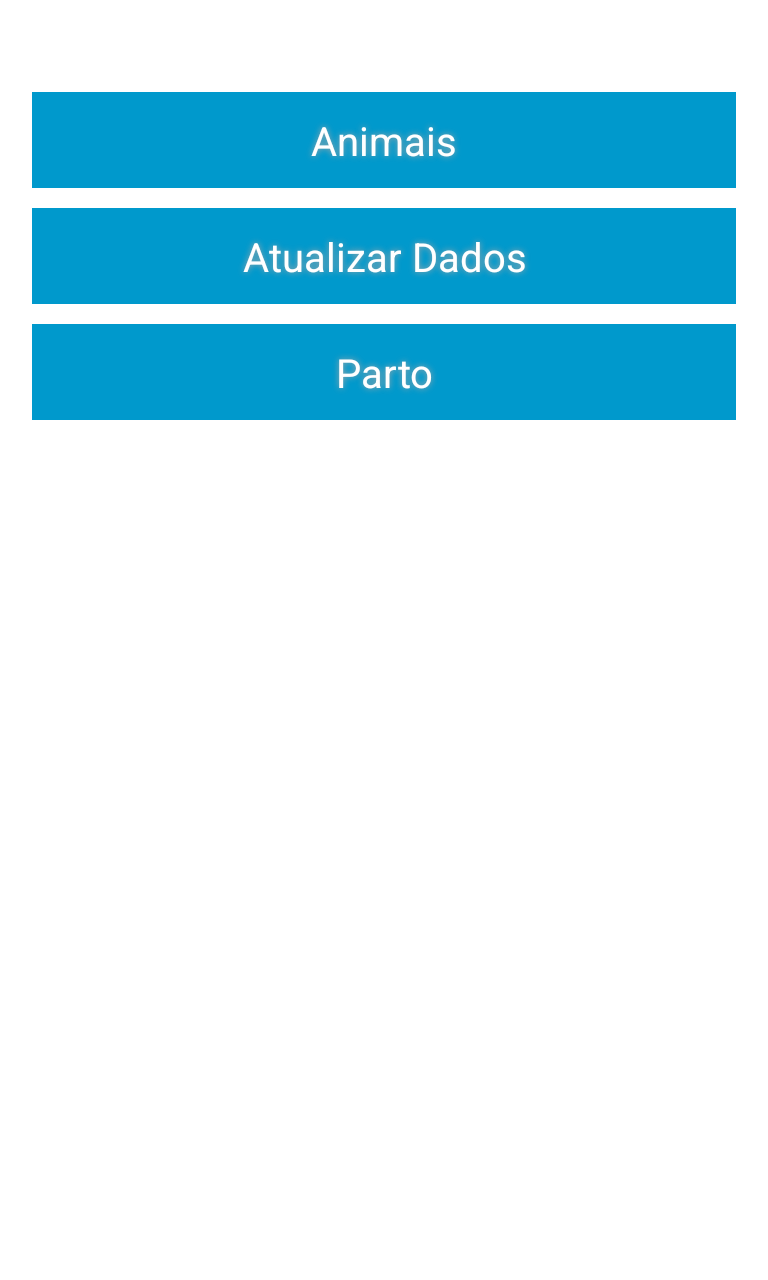
Repository: vpamaral/TaurusMobile
Layout: TaurusMobile/res/layout/activity_main.xml
An editor plug-in stored every save of this project. The layout is shown before and after the next save, followed by the edit.
It is drawn on a 768 x 1280 px phone screen (xhdpi) without system bars, with theme AppTheme; the app's code is not run.

Above is the layout before, as saved 2015-05-15 16:57:38.

After the next save:
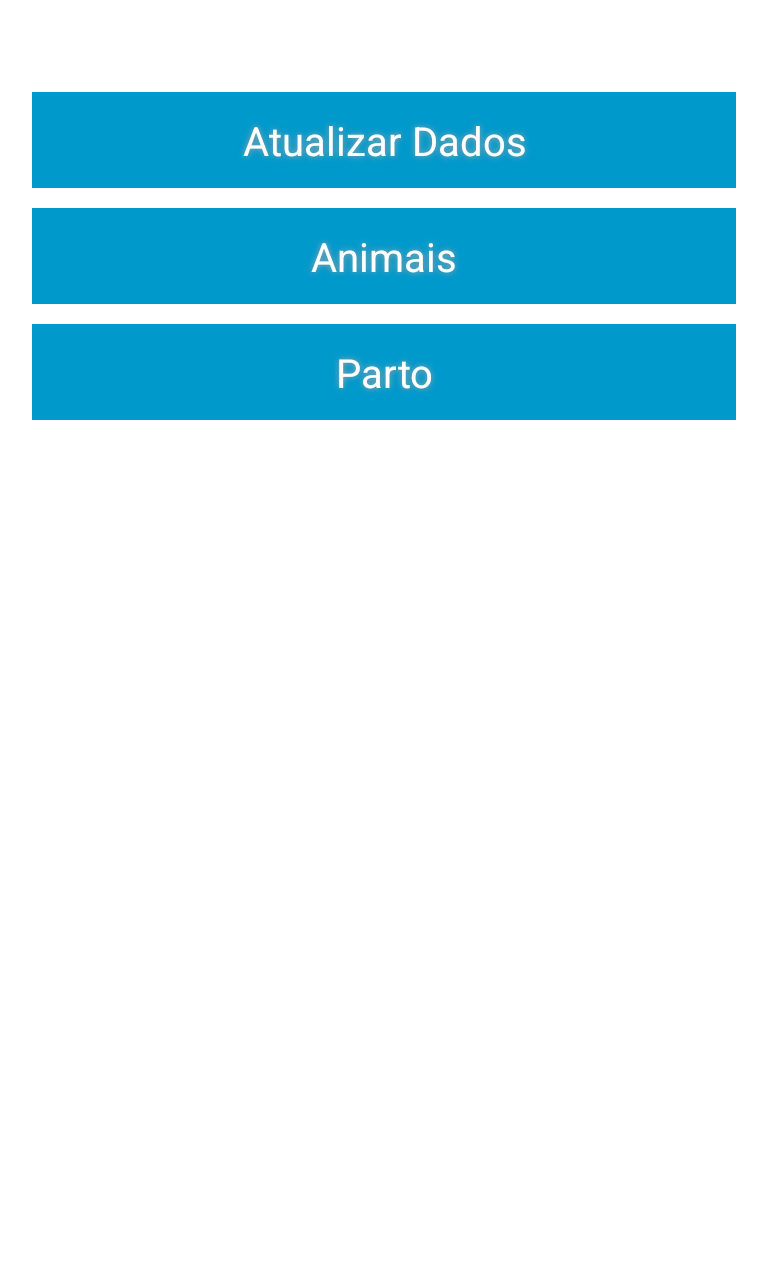
Saved 6 min 17 s later.
--- a/TaurusMobile/res/layout/activity_main.xml
+++ b/TaurusMobile/res/layout/activity_main.xml
@@ -15,7 +15,7 @@
         android:layout_height="wrap_content" >
 
         <Button
-            android:id="@+id/btn_animal"
+            android:id="@+id/btn_atualiza"
             android:layout_width="match_parent"
             android:layout_height="wrap_content"
             android:layout_alignLeft="@+id/btn_atualiza"
@@ -26,7 +26,7 @@
             android:shadowDx="0"
             android:shadowDy="0"
             android:shadowRadius="5"
-            android:text="Animais"
+            android:text="Atualizar Dados"
             android:textColor="#FFFFFF"
             android:textSize="20sp" />
     </LinearLayout>
@@ -37,7 +37,7 @@
         android:layout_height="wrap_content" >
 
         <Button
-            android:id="@+id/btn_atualiza"
+            android:id="@+id/btn_animal"
             android:layout_width="match_parent"
             android:layout_height="wrap_content"
             android:layout_alignParentTop="true"
@@ -48,7 +48,7 @@
             android:shadowDx="0"
             android:shadowDy="0"
             android:shadowRadius="5"
-            android:text="Atualizar Dados"
+            android:text="Animais"
             android:textColor="#FFFFFF"
             android:textSize="20sp" />
     </LinearLayout>
